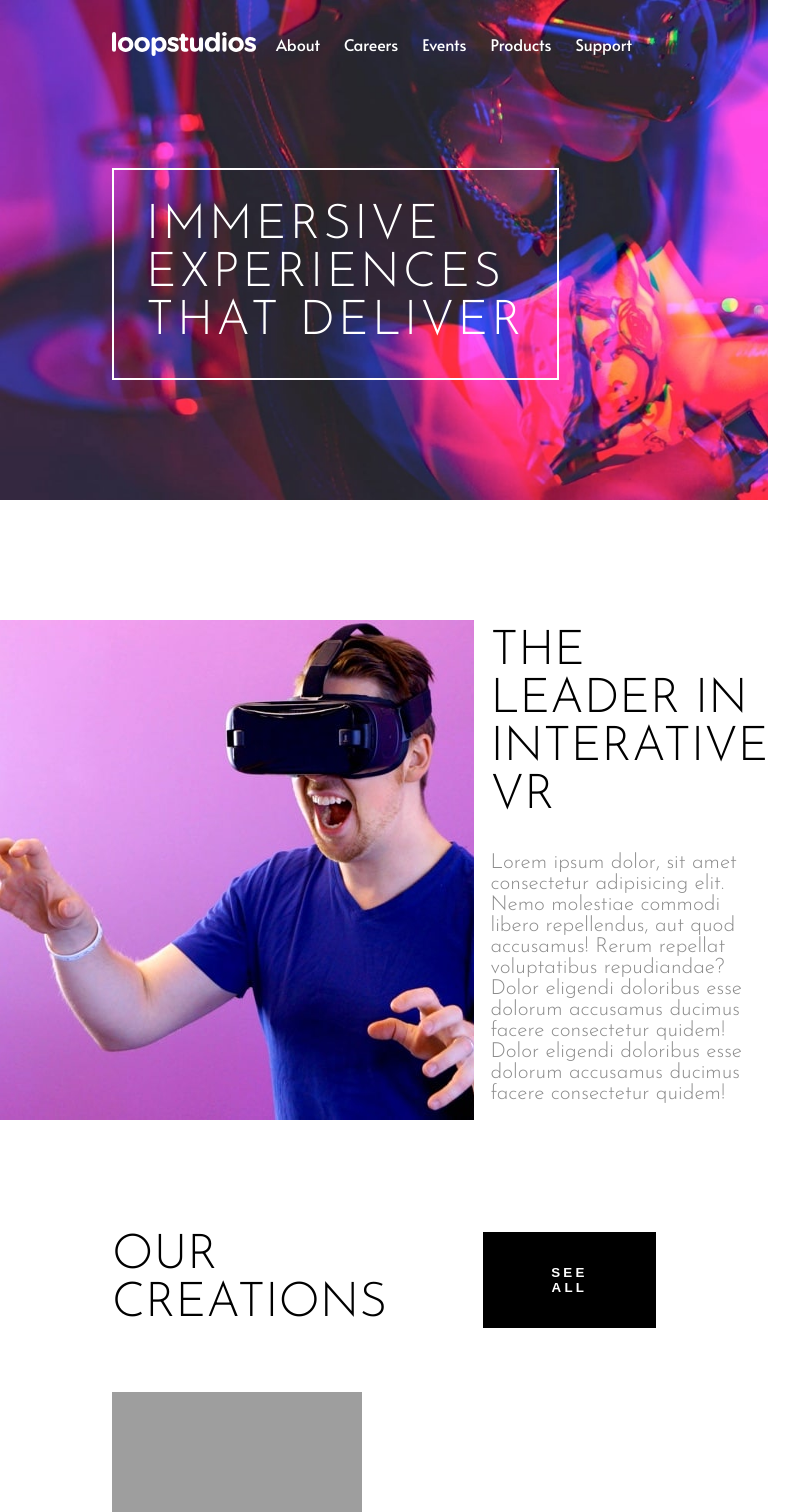
Repository: gligor99/loopstudios-fm
Page: /
An editor plug-in stored every save of this project. The page is shown before and after the next save, followed by the edit.
The browser window is 768 px wide. The page is 785 px wide, then 768 px, so the pictures cover 785 px, including what lies to the right of the window. The pictures show the part of the page from y = 0 to 1512 px (the page is 6155 px tall before and 5954 px after).
Pictures or frames that could not be fetched are drawn as grey boxes. Backgrounds fixed to the window are drawn as part of the page. The project was rebuilt for these pictures with package versions that can differ from the ones it lists, and the page was loaded fresh each time.

Above is the page before, as saved 2021-11-28 22:01:40.

After the next save:
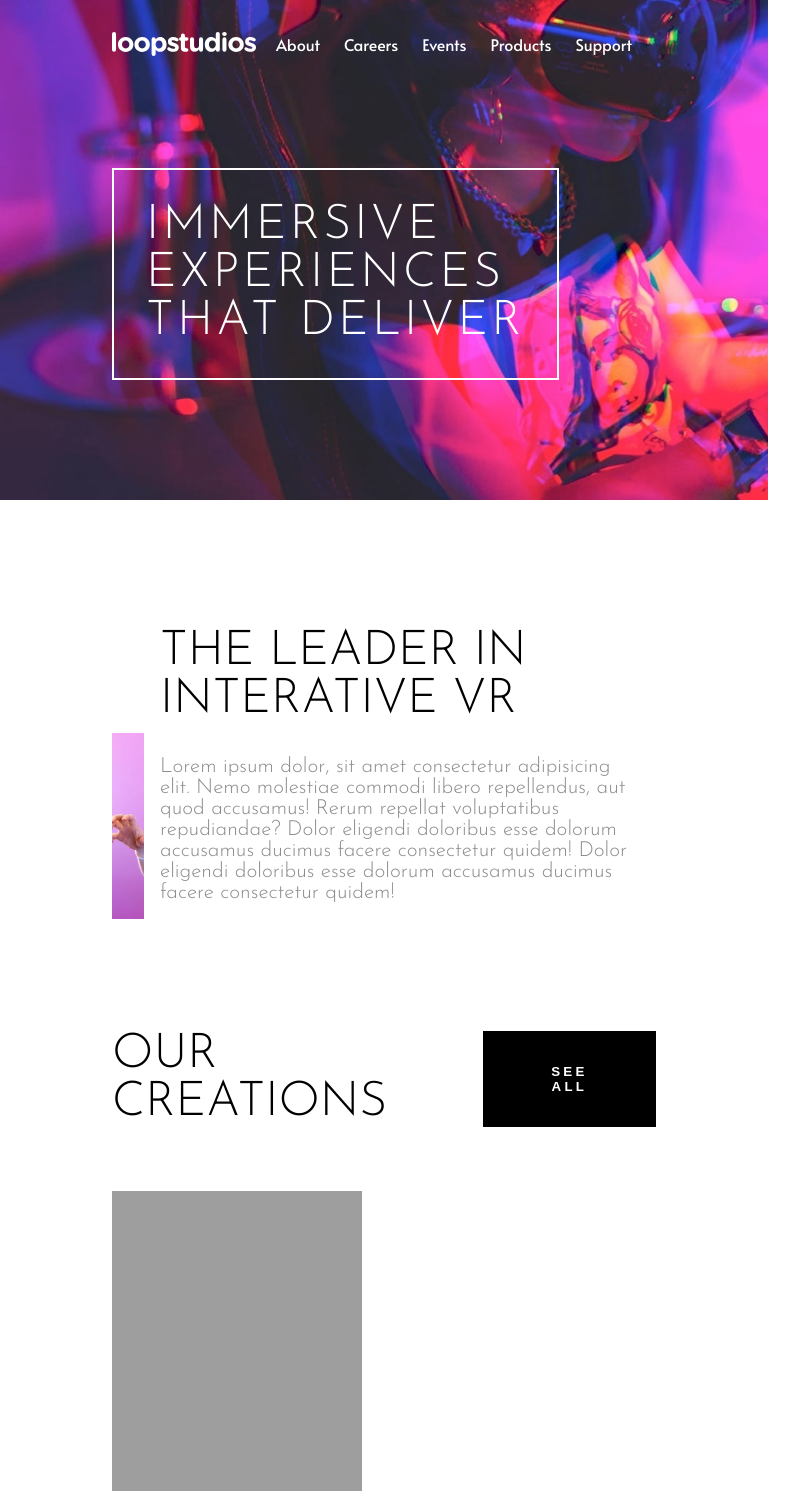
Saved 11 s later.
--- a/src/components/About/about.css
+++ b/src/components/About/about.css
@@ -52,6 +52,6 @@
 }
 @media only screen and (max-width: 850px) {
 .image-interactive {
-   height: 10%;
+   width: 50%;
 }
 }
